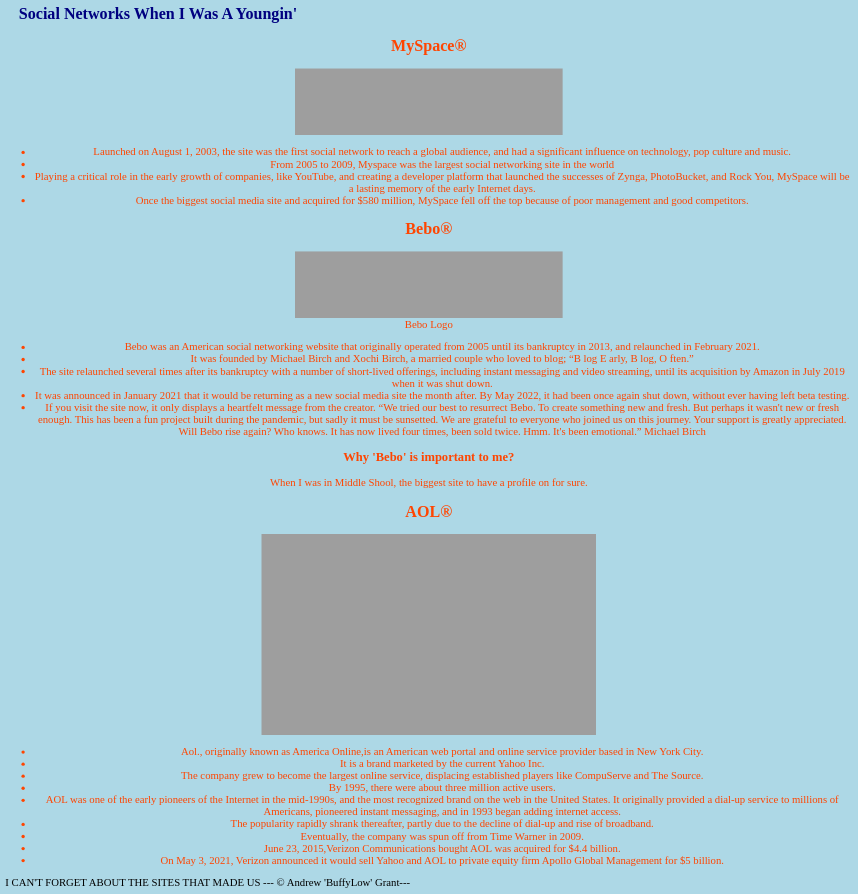
Repository: AndrewGrantt/LC101
Page: LC101/js-assignment-4-html-me-something-buffylow/index.html
An editor plug-in stored every save of this project. The page is shown before and after the next save, followed by the edit.
The browser window is 1280 px wide. The pictures show the whole page, at 67% of full size.
Pictures or frames that could not be fetched are drawn as grey boxes.

Above is the page before, as saved 2022-07-15 06:10:51.

After the next save:
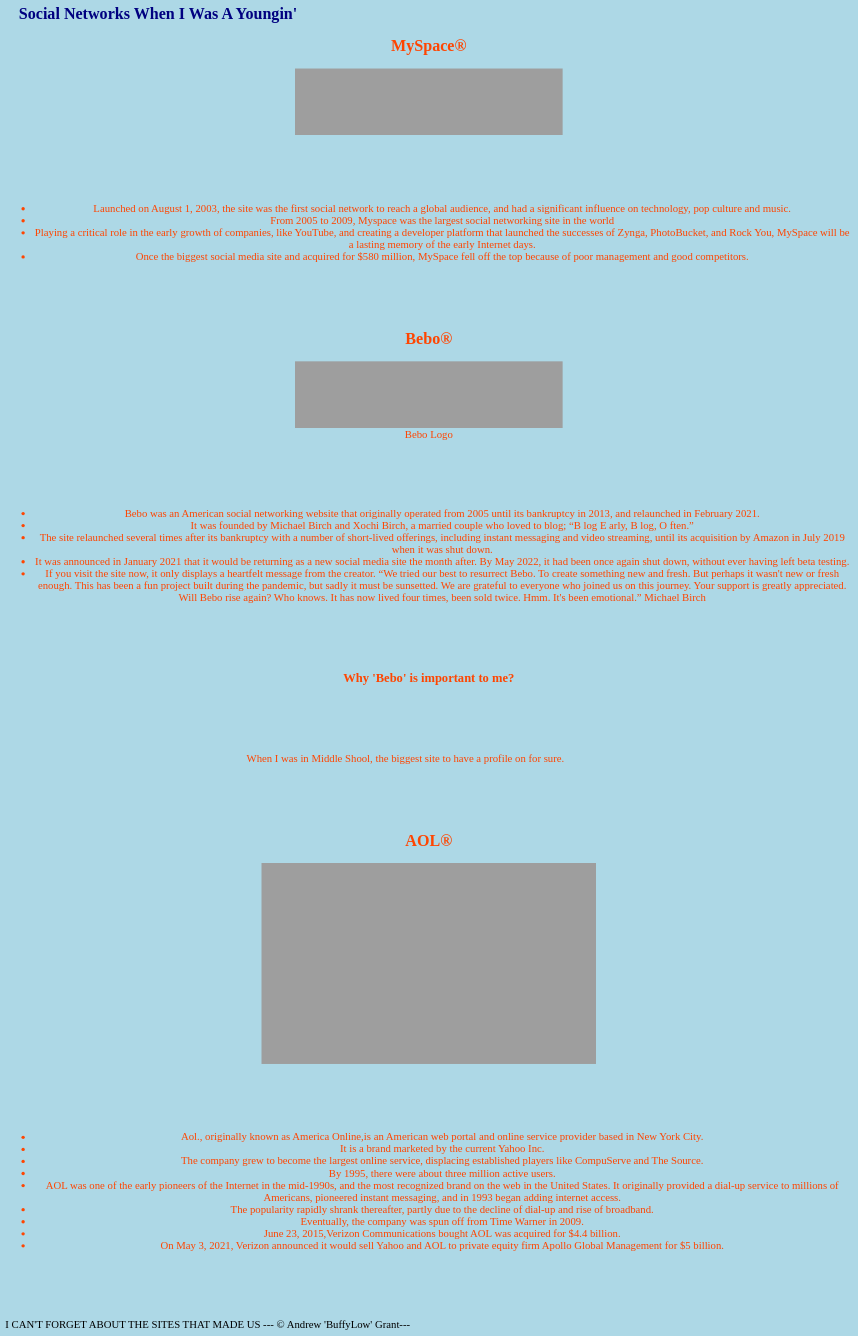
Saved 107 s later.
--- a/LC101/js-assignment-4-html-me-something-buffylow/index.html
+++ b/LC101/js-assignment-4-html-me-something-buffylow/index.html
@@ -9,7 +9,7 @@
   <h1>Social Networks When I Was A Youngin'</h1>
   <article class="sites">
 
-    <h2 class="color">MySpace&reg;</h2>
+    <h2>MySpace&reg;</h2>
     <img src="/images/MySpace_logo.jpg" alt="MySpace Logo 2004-2010" width="400" height="100">
     <p>
      <ul>
--- a/LC101/js-assignment-4-html-me-something-buffylow/styles.css
+++ b/LC101/js-assignment-4-html-me-something-buffylow/styles.css
@@ -12,6 +12,9 @@
     color: orangered;
     text-align: center;
   }
-    .color{
-
-    }
+  p {
+    margin-top: 100px;
+    margin-bottom: 100px;
+    margin-right: 150px;
+    margin-left: 80px;
+  }
